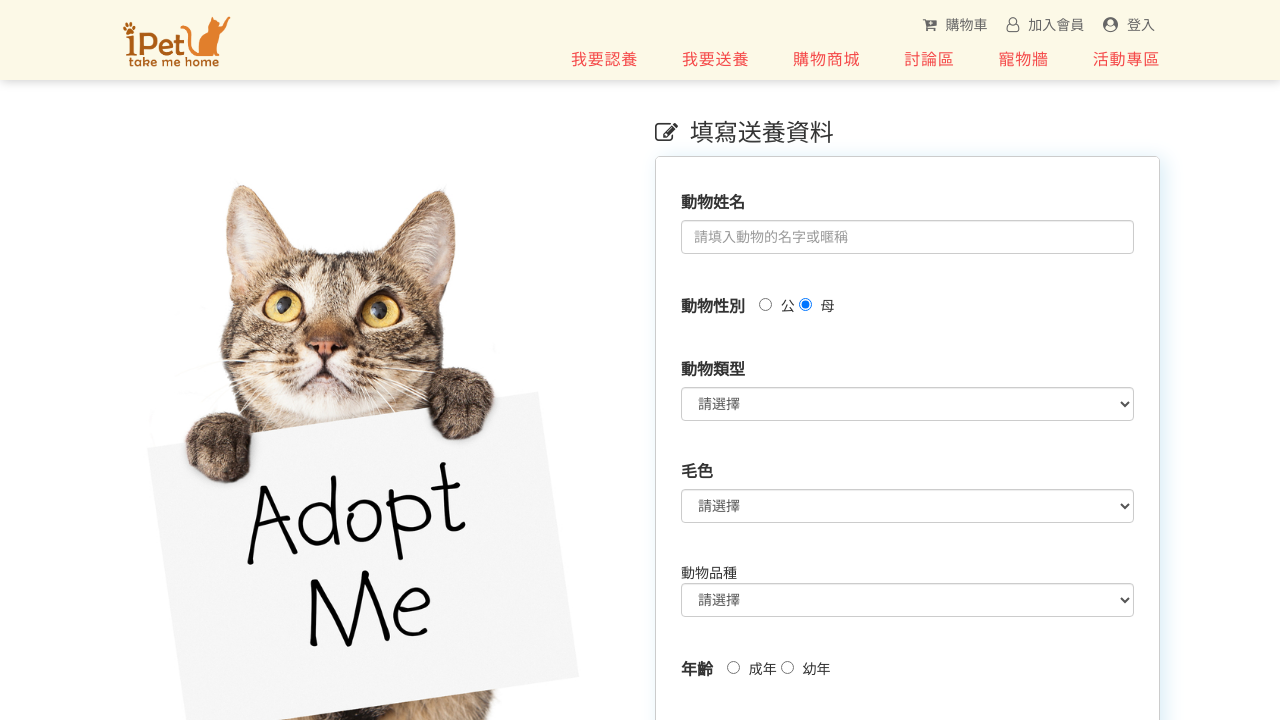
Repository: hgl428/BA103G1_workspace
Page: http://localhost/BA103G1/JSP/IpetB/addAdopt.jsp
The author's editor kept a copy of each file at every save. The page is drawn from the files as they stood at one save, then again after the next save.
The browser window is 1280 px wide. The pictures show the whole page.
An inner scrolling area shows only its first screen. Some web libraries are served in a nearby version. The page is served by Tomcat 9. Nobody is signed in. The application's start-up code is not run. Queries for data that is not in the repository find no rows.

Above is the page before, as saved 2017-09-20 02:03:19.
Console error: TypeError: Cannot set properties of null (setting 'onchange')

After the next save:
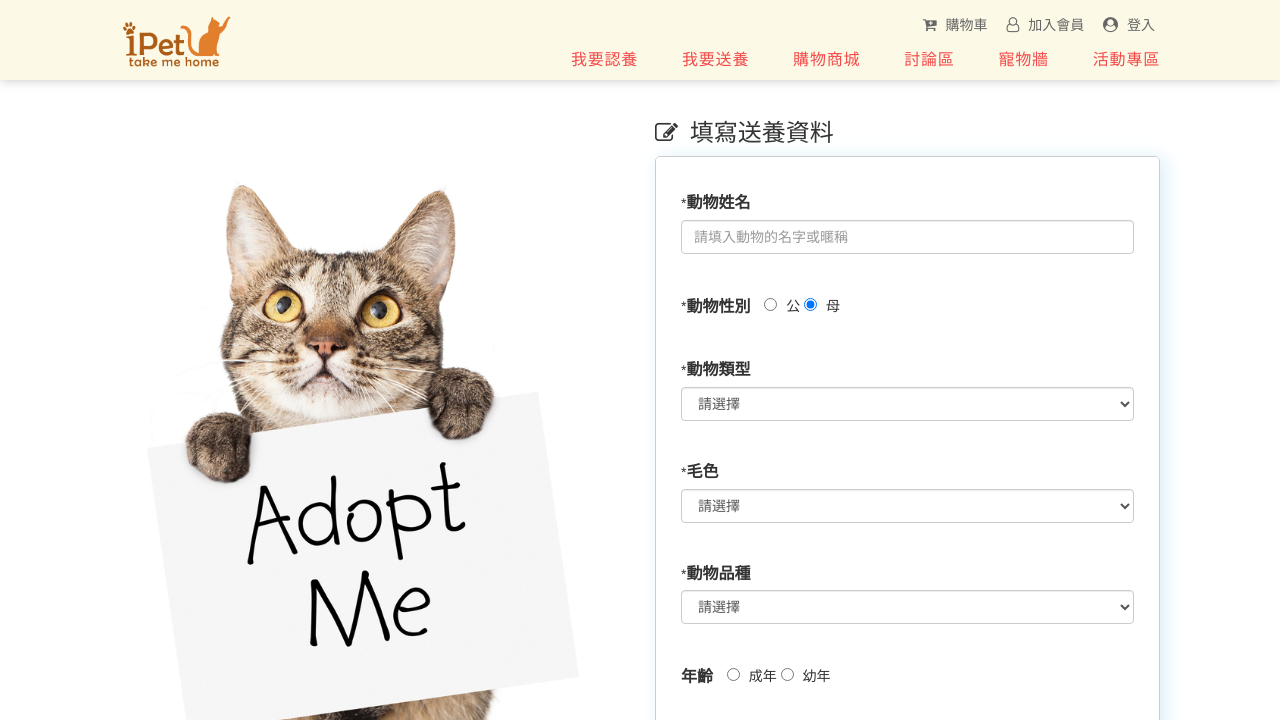
Saved 40 min 59 s later.
--- a/BA103G1/WebContent/JSP/IpetB/addAdopt.jsp
+++ b/BA103G1/WebContent/JSP/IpetB/addAdopt.jsp
@@ -129,19 +129,19 @@
 					ACTION="<%=request.getContextPath()%>/JSP/IpetB/addAdopt.do"
 					name="add">
 					<div class="form-group petName">
-						<label for="petName">動物姓名</label> <input type="text"
+						*<label for="petName">動物姓名</label> <input type="text"
 							class="form-control" name="petName" placeholder="請填入動物的名字或暱稱"
 							value="${petInfoVO.petName}" /> <font color="red">${errorMsgs.petName}</font>
 					</div>
 
 					<div class="form-group petSex">
-						<label class="radio-inline">動物性別</label> <input type="radio"
+						*<label class="radio-inline">動物性別</label> <input type="radio"
 							name="petSex" value="公"> 公 <input type="radio"
 							name="petSex" value="母" checked> 母
 					</div>
 
 					<div class="form-group species">
-						<label for="species">動物類型</label> <select class="form-control"
+						*<label for="species">動物類型</label> <select class="form-control"
 							name="speciesNo">
 							<option value="noChoose">請選擇</option>
 							<option value="10">狗</option>
@@ -154,7 +154,7 @@
 					</div>
 
 					<div class="form-group petColor">
-						<label for="petColor">毛色</label> <select class="form-control"
+						*<label for="petColor">毛色</label> <select class="form-control"
 							name="petColor">
 							<option value="noChoose">請選擇</option>
 							<option value="黑">黑</option>
@@ -172,7 +172,8 @@
 					<jsp:useBean id="breedSvc" scope="page"
 						class="com.PetBreed.model.PetBreedService" />
 					<div class="form-group breed">
-						動物品種<select class="form-control" name="petBreed">
+						*<label for="petColor">動物品種</label>
+						<select class="form-control" name="petBreed">
 
 							<option value="noChoose">請選擇</option>
 							<c:forEach var="breedVO" items="${breedSvc.all}">
